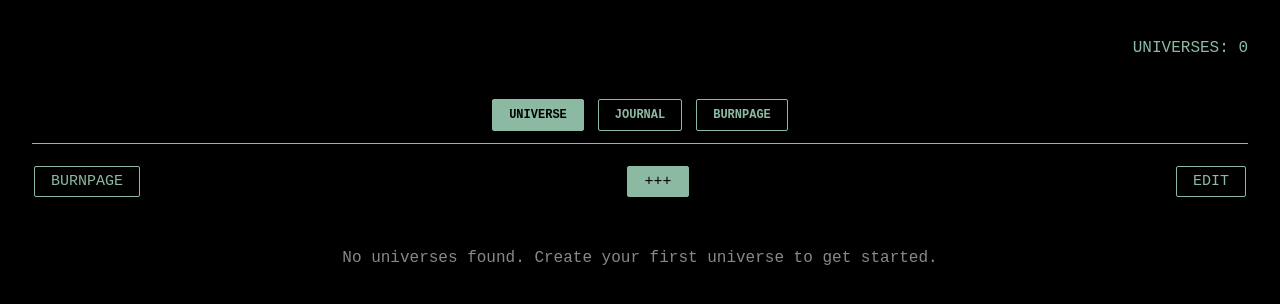
Repository: 11612x/burnlistv1.1
Page: /universes
These files come from the project's save history. The page is drawn as it stood at one moment and after the next save; the edit follows.
The browser window is 1280 px wide. The pictures show the whole page.
The project was rebuilt for these pictures with package versions that can differ from the ones it lists, and the page was loaded fresh each time. Also part of the build but not shown: vite.config.js, src/components/CustomTooltip.jsx, src/logic/portfolioUtils.js, src/components/WatchlistChart.jsx, src/data/randomNames.js, src/data/mockTickerGenerator.js, src/components/NotificationBanner.jsx, src/pages/HomePage.jsx and 21 more.

Above is the page before, as saved 2025-07-25 16:27:54.

### index.html
<!DOCTYPE html>
<html lang="en">
  <head>
    <meta charset="UTF-8" />
    <meta name="viewport" content="width=device-width, initial-scale=1.0, maximum-scale=1.0, user-scalable=no" />
    <meta name="apple-mobile-web-app-capable" content="yes" />
    <meta name="apple-mobile-web-app-status-bar-style" content="black-translucent" />
    <meta name="theme-color" content="#000000" />
    <meta name="mobile-web-app-capable" content="yes" />
    <title>Burnlist</title>
    <link rel="icon" type="image/x-icon" href="/favicon.ico" />
    <link rel="apple-touch-icon" href="/favicon.ico" />
  </head>
  <body>
    <div id="root"></div>
    <script type="module" src="/src/main.jsx"></script>
  </body>
</html>

### src/main.jsx
import React from 'react';
import ReactDOM from 'react-dom/client';
import App from './App';
import './index.css';
import MockWatchlistPage from './pages/MockWatchlistPage';

console.log("MAIN.JSX is running");


ReactDOM.createRoot(document.getElementById('root')).render(<App />);

### src/App.jsx
// React core and lifecycle
import React, { useState, useEffect } from "react";
// React Router for routing
import { BrowserRouter as Router, Routes, Route } from "react-router-dom";
// App pages
import Home from "@pages/HomePage";
import BurnPage from "@pages/burnPage";
import MockWatchlistPage from "@pages/MockWatchlistPage";
import UniverseScreenerPage from "@pages/UniverseScreenerPage";
import UniverseHomePage from "@pages/UniverseHomePage";
import TradeDashboard from './pages/TradeDashboard';
import TradeJournal from './pages/TradeJournal';
import AddStockPricePage from './pages/AddStockPricePage';
// Fetch manager for cleanup
import { fetchManager } from '@data/fetchManager';
import { ThemeProvider } from './ThemeContext';
import MobileNavigation from './components/MobileNavigation';


function App() {
  // Load watchlists from localStorage or default to empty object
  const [watchlists, setWatchlists] = useState(() => {
    try {
      const saved = localStorage.getItem("burnlist_watchlists");
      console.log("Loaded watchlists from localStorage:", saved);
      return saved ? JSON.parse(saved) : {};
    } catch {
      return {};
    }
  });

  // Persist watchlists to localStorage on changes
  useEffect(() => {
    console.log("Saving watchlists to localStorage:", watchlists);
    localStorage.setItem("burnlist_watchlists", JSON.stringify(watchlists));
  }, [watchlists]);

  // Cleanup fetch manager on app unmount
  useEffect(() => {
    return () => {
      fetchManager.cleanup();
    };
  }, []);

  return (
    <ThemeProvider>
      <Router>
        <Routes>
          <Route
            path="/"
            element={<Home watchlists={watchlists} setWatchlists={setWatchlists} />}
          />
          <Route
            path="/watchlist/:slug"
            element={<BurnPage watchlists={watchlists} setWatchlists={setWatchlists} />}
          />
          {/* Route for mock watchlist testing - remove when not needed */}
          <Route path="/mockwatchlist" element={<MockWatchlistPage />} />
          {/* Route for Universe Homepage */}
          <Route path="/universes" element={<UniverseHomePage />} />
          {/* Route for Universe Screener */}
          <Route path="/universe/:slug" element={<UniverseScreenerPage />} />
          <Route path="/trade" element={<TradeDashboard />} />
          <Route path="/journal" element={<TradeJournal />} />
          <Route path="/add-stock-price" element={<AddStockPricePage />} />
        </Routes>
        <MobileNavigation />
      </Router>
    </ThemeProvider>
  );
}

export default App;

### src/pages/UniverseHomePage.jsx
import React, { useEffect, useState, useRef, useMemo, useCallback } from 'react';
import { Link, useNavigate, useLocation } from 'react-router-dom';
import { v4 as uuidv4 } from 'uuid';
import NotificationBanner from '@components/NotificationBanner';
import CustomButton from '@components/CustomButton';
import { useTheme, useThemeColor } from '../ThemeContext';
import { formatDateEuropean } from '../utils/dateUtils';

const CRT_GREEN = 'rgb(140,185,162)';

const UniverseHomePage = () => {
  const navigate = useNavigate();
  const location = useLocation();
  const [universes, setUniverses] = useState({});
  const [notification, setNotification] = useState('');
  const [notificationType, setNotificationType] = useState('info');
  const [editMode, setEditMode] = useState(false);
  const [justClicked, setJustClicked] = useState(false);
  const [isLoading, setIsLoading] = useState(false);
  const [error, setError] = useState(null);

  const { isInverted } = useTheme();
  const green = useThemeColor(CRT_GREEN);
  const black = useThemeColor('black');
  const red = useThemeColor('#e31507');
  const gray = useThemeColor('#888');

  // Load universes from localStorage on mount
  useEffect(() => {
    try {
      const saved = localStorage.getItem("burnlist_universes");
      if (saved) {
        const parsed = JSON.parse(saved);
        setUniverses(parsed);
      }
    } catch (error) {
      console.error("Failed to load universes:", error);
    }
  }, []);

  // Save universes to localStorage when they change
  useEffect(() => {
    localStorage.setItem("burnlist_universes", JSON.stringify(universes));
  }, [universes]);

  const handleCreateUniverse = () => {
    setJustClicked(true);
    setTimeout(() => setJustClicked(false), 150);

    const currentDate = formatDateEuropean(new Date());

    const universeName = `Universe ${currentDate}`;
    const universeId = uuidv4();
    const universeSlug = universeName.toLowerCase().replace(/[^a-z0-9]/g, '-');

    // Check if name already exists (case-insensitive)
    const exists = Object.values(universes).some(u => u.name && u.name.toLowerCase() === universeName.toLowerCase());
    if (exists) {
      setNotification('⚠️ Universe name already exists');
      setNotificationType('error');
      return;
    }

    const newUniverse = {
      id: universeId,
      name: universeName,
      slug: universeSlug,
      items: [],
      reason: '',
      createdAt: new Date().toISOString(),
    };

    const updated = { ...universes, [universeId]: newUniverse };
    setUniverses(updated);
    localStorage.setItem('burnlist_universes', JSON.stringify(updated));
    setNotification('');
  };

  const handleDeleteUniverse = (id) => {
    const keyToDelete = Object.keys(universes).find(key => universes[key].id === id);

    if (!keyToDelete) {
      console.log('🗑️ Could not find universe with id:', id);
      return;
    }

    const { [keyToDelete]: deleted, ...remaining } = universes;
    setUniverses(remaining);
    localStorage.setItem("burnlist_universes", JSON.stringify(remaining));
    if (deleted) {
      console.log('🗑️ Deleted universe:', deleted.name);
    } else {
      console.log('🗑️ Deleted universe with id:', id);
    }
  };

  const handleUpdateUniverseName = useCallback((id, newName) => {
    // Prevent duplicate names (case-insensitive, except for current)
    const duplicate = Object.values(universes).some(u => u.id !== id && u.name && u.name.toLowerCase() === newName.toLowerCase());
    if (duplicate) {
      setNotification('⚠️ Name already exists');
      setNotificationType('error');
      return;
    }
    setUniverses((prev) => {
      const updated = { ...prev };
      if (updated[id]) {
        updated[id] = { ...updated[id], name: newName, slug: newName.toLowerCase().replace(/[^a-z0-9]/g, '-') };
      }
      localStorage.setItem('burnlist_universes', JSON.stringify(updated));
      return updated;
    });
  }, [setUniverses, universes]);

  const handleUpdateUniverseReason = useCallback((id, newReason) => {
    const updated = {
      ...universes,
      [id]: {
        ...universes[id],
        reason: newReason
      }
    };
    setUniverses(updated);
    localStorage.setItem('burnlist_universes', JSON.stringify(updated));
  }, [setUniverses, universes]);

  // Track editing state and previous name for each universe
  const [editingNames, setEditingNames] = useState({}); // { [id]: { value, prev } }

  // When entering edit mode, initialize editingNames
  useEffect(() => {
    if (editMode) {
      const initial = {};
      Object.values(universes).forEach(u => {
        initial[u.id] = { value: u.name, prev: u.name };
      });
      setEditingNames(initial);
    } else {
      setEditingNames({});
    }
  }, [editMode, universes]);

  // Handler for input change (just update local state)
  const handleEditNameInput = (id, value) => {
    setEditingNames(prev => ({ ...prev, [id]: { ...prev[id], value } }));
  };

  // Handler for blur or 'Done' (validate and commit)
  const commitEditName = (id) => {
    const newName = editingNames[id]?.value || '';
    // Prevent duplicate names (case-insensitive, except for current)
    const duplicate = Object.values(universes).some(u => u.id !== id && u.name && u.name.toLowerCase() === newName.toLowerCase());
    if (duplicate) {
      setNotification('⚠️ Name already exists');
      setNotificationType('error');
      // Revert to previous name
      setEditingNames(prev => ({ ...prev, [id]: { ...prev[id], value: prev[id].prev } }));
      return;
    }
    // Commit the name change
    setUniverses((prev) => {
      const updated = { ...prev };
      if (updated[id]) {
        updated[id] = { ...updated[id], name: newName, slug: newName.toLowerCase().replace(/[^a-z0-9]/g, '-') };
      }
      localStorage.setItem('burnlist_universes', JSON.stringify(updated));
      return updated;
    });
    setEditingNames(prev => ({ ...prev, [id]: { ...prev[id], prev: newName } }));
  };

  const sortedUniverses = useMemo(() => Object.values(universes), [universes]);

  return (
    <div style={{ fontFamily: 'Courier New', color: green, backgroundColor: black, minHeight: '100vh', padding: '0' }}>
      {/* Main Content */}
      <div style={{ padding: '32px' }}>
        <div style={{ display: 'flex', justifyContent: 'space-between', marginBottom: 24 }}>
          <div>
            <strong style={{ fontSize: '170%', color: black }}>UNIVERSE SCREENER</strong>
          </div>
          <div style={{ display: 'flex', alignItems: 'center', gap: 10 }}>
            <span style={{ color: green }}>UNIVERSES: {Object.keys(universes).length}</span>
          </div>
        </div>

        {/* Navigation Buttons */}
        <div style={{
          display: 'flex',
          justifyContent: 'center',
          alignItems: 'center',
          padding: '10px 20px',
          borderBottom: `1px solid ${CRT_GREEN}`,
          background: 'rgba(0,0,0,0.3)',
          gap: '10px',
          marginBottom: '20px'
        }}>
          <CustomButton
            onClick={() => navigate('/universes')}
            style={{
              background: location.pathname === '/universes' || location.pathname.startsWith('/universe/') ? CRT_GREEN : 'transparent',
              color: location.pathname === '/universes' || location.pathname.startsWith('/universe/') ? '#000000' : CRT_GREEN,
              border: `1px solid ${CRT_GREEN}`,
              padding: '8px 16px',
              fontFamily: "'Courier New', monospace",
              fontSize: '12px',
              fontWeight: 'bold',
              cursor: 'pointer',
              transition: 'all 0.2s ease',
              minWidth: '80px',
              textAlign: 'center'
            }}
          >
            UNIVERSE
          </CustomButton>

          <CustomButton
            onClick={() => navigate('/journal')}
            style={{
              background: location.pathname === '/journal' ? CRT_GREEN : 'transparent',
              color: location.pathname === '/journal' ? '#000000' : CRT_GREEN,
              border: `1px solid ${CRT_GREEN}`,
              padding: '8px 16px',
              fontFamily: "'Courier New', monospace",
              fontSize: '12px',
              fontWeight: 'bold',
              cursor: 'pointer',
              transition: 'all 0.2s ease',
              minWidth: '80px',
              textAlign: 'center'
            }}
          >
            JOURNAL
          </CustomButton>

          <CustomButton
            onClick={() => navigate('/')}
            style={{
              background: location.pathname === '/' || location.pathname.startsWith('/burn/') ? CRT_GREEN : 'transparent',
              color: location.pathname === '/' || location.pathname.startsWith('/burn/') ? '#000000' : CRT_GREEN,
              border: `1px solid ${CRT_GREEN}`,
              padding: '8px 16px',
              fontFamily: "'Courier New', monospace",
              fontSize: '12px',
              fontWeight: 'bold',
              cursor: 'pointer',
              transition: 'all 0.2s ease',
              minWidth: '80px',
              textAlign: 'center'
            }}
          >
            BURNPAGE
          </CustomButton>
        </div>

      <div style={{ display: 'flex', justifyContent: 'space-between', alignItems: 'center', marginBottom: 16 }}>
        <style>
          {`
            .clicked-button {
              background-color: ${black} !important;
              color: ${green} !important;
            }
          `}
        </style>
        <Link to="/" style={{ textDecoration: 'none' }}>
          <CustomButton
            style={{
              backgroundColor: black,
              color: green,
              border: `1px solid ${green}`
            }}
          >
            BURNPAGE
          </CustomButton>
        </Link>
        <CustomButton
          onClick={handleCreateUniverse}
          className={justClicked ? 'clicked-button' : ''}
          style={{
            backgroundColor: green,
            color: black,
            transition: 'all 0.2s ease-in-out'
          }}
        >
          +++
        </CustomButton>

        <CustomButton
          onClick={() => {
            setEditMode(!editMode);
            console.log('🛠️ Edit mode:', !editMode);
          }}
          style={{
            backgroundColor: editMode ? green : black,
            color: editMode ? black : green,
          }}
        >
          {editMode ? 'DONE' : 'EDIT'}
        </CustomButton>
      </div>

      {/* Centralized Notification Banner */}
      {notification && (
        <div style={{ position: 'fixed', top: 24, left: 0, right: 0, zIndex: 10001, display: 'flex', justifyContent: 'center', pointerEvents: 'none' }}>
          <div style={{ minWidth: 320, maxWidth: 480, pointerEvents: 'auto' }}>
            <NotificationBanner
              message={notification}
              type={notificationType}
              onClose={() => setNotification('')}
            />
          </div>
        </div>
      )}

      {/* Loading and error banners */}
      {isLoading && (
        <NotificationBanner
          message="Loading universes..."
          type="loading"
        />
      )}
      {error && (
        <NotificationBanner
          message={error}
          type="error"
          onClose={() => setError(null)}
        />
      )}

      {Object.keys(universes).length === 0 && (
        <p style={{ textAlign: 'center', color: gray, marginTop: '50px' }}>
          No universes found. Create your first universe to get started.
        </p>
      )}

      <div style={{
        display: 'grid',
        gridTemplateColumns: 'repeat(5, 252px)',
        rowGap: '20px',
        columnGap: '20px',
        margin: '70px 0 1px 0',
        justifyContent: 'center',
        alignItems: 'start',
      }}>
        {sortedUniverses.map((universe, idx) => {
          const tickers = universe.items || [];
                     const cardContent = (
             <div style={{
               width: 252,
               height: editMode ? 250 : 120,
               fontFamily: 'Courier New',
               background: 'transparent',
               padding: '10px 8px',
               margin: 0,
               border: `1px solid ${green}`,
               borderRadius: 0,
               boxShadow: 'none',
               display: 'flex',
               flexDirection: 'column',
               alignItems: 'stretch',
               justifyContent: 'flex-start',
               position: 'relative',
               boxSizing: 'border-box',
               overflow: 'hidden',
             }}>
              {/* Name (editable) */}
              {editMode ? (
                <input
                  value={editingNames[universe.id]?.value ?? universe.name}
                  onChange={e => handleEditNameInput(universe.id, e.target.value)}
                  onBlur={() => commitEditName(universe.id)}
                  onKeyDown={e => {
                    if (e.key === 'Enter') {
                      e.preventDefault();
                      commitEditName(universe.id);
                    }
                  }}
                  style={{
                    fontFamily: 'Courier New',
                    fontSize: 18,
                    color: green,
                    background: black,
                    border: `1px solid ${gray}`,
                    marginBottom: 4,
                    padding: '2px 4px',
                    width: '100%',
                    fontWeight: 'bold',
                    overflow: 'hidden',
                    textOverflow: 'ellipsis',
                    whiteSpace: 'nowrap',
                  }}
                />
              ) : (
                <div style={{ fontSize: 18, color: green, fontWeight: 'bold', marginBottom: 4, overflow: 'hidden', textOverflow: 'ellipsis', whiteSpace: 'nowrap' }}>
                  {universe.name || `UNIVERSE ${idx + 1}`}
                </div>
              )}
              {/* Delete button (only in edit mode) */}
              {editMode && (
                <CustomButton
                  onClick={() => handleDeleteUniverse(universe.id)}
                  style={{
                    backgroundColor: black,
                    color: red,
                    border: `1px solid ${red}`,
                    padding: '2px 6px',
                    marginBottom: 4,
                    fontSize: 10,
                    width: '100%',
                    fontWeight: 'bold'
                  }}
                >
                  DELETE
                </CustomButton>
              )}
              {/* Reason (editable) */}
              {editMode ? (
                <input
                  value={universe.reason || ''}
                  onChange={e => handleUpdateUniverseReason(universe.id, e.target.value)}
                  style={{
                    fontFamily: 'Courier New',
                    fontSize: 14,
                    color: green,
                    background: black,
                    border: `1px solid ${gray}`,
                    marginBottom: 4,
                    padding: '2px 4px',
                    width: '100%',
                    overflow: 'hidden',
                    textOverflow: 'ellipsis',
                    whiteSpace: 'nowrap',
                  }}
                  placeholder="Reason..."
                />
              ) : (
                <div style={{ fontSize: 14, color: green, marginBottom: 4, overflow: 'hidden', textOverflow: 'ellipsis', whiteSpace: 'nowrap' }}>
                  {universe.reason || 'N/A'}
                </div>
              )}
              {/* Universe info */}
              <div style={{ fontSize: 13, color: green, marginBottom: 2 }}>
                {tickers.length} tickers
              </div>
              {/* Created date */}
              <div style={{ fontSize: 11, color: gray, marginBottom: 2 }}>
                {formatDateEuropean(universe.createdAt)}
              </div>
                             {/* Status */}
               <div style={{ fontSize: 19, color: green, fontWeight: 'bold', marginBottom: 2 }}>
                 {tickers.length > 0 ? 'ACTIVE' : 'EMPTY'}
               </div>
            </div>
          );
          return (
            <div key={universe.id} style={{ margin: 0 }}>
              {editMode ? cardContent : (
                <Link to={`/universe/${universe.slug}`} style={{ textDecoration: 'none', color: 'inherit' }}>
                  {cardContent}
                </Link>
              )}
            </div>
          );
        })}
      </div>
      </div>
    </div>
  );
};

export default UniverseHomePage;

### src/ThemeContext.jsx
import React, { createContext, useContext, useState } from 'react';

const ThemeContext = createContext();

const CRT_GREEN = 'rgb(140,185,162)';
const CRT_GREEN_HEX = '#8CB9A2';
const RED = '#e31507';
const BLACK = '#000';
const BLACK2 = '#000000';

function mapColor(color, isInverted) {
  if (!isInverted) return color;
  // Normalize color string
  const c = color.trim().toLowerCase();
  // All black to CRT green
  if (c === BLACK || c === BLACK2 || c === 'black' || c.startsWith('rgb(0,0,0)')) return CRT_GREEN;
  // All CRT green to black
  if (c === CRT_GREEN || c === CRT_GREEN_HEX || c.startsWith('rgb(140,185,162)')) return BLACK;
  // All red stays red
  if (c === RED) return RED;
  // All other accents (gray, orange, white, etc.) go black
  return BLACK;
}

export function ThemeProvider({ children }) {
  const [isInverted, setIsInverted] = useState(false);
  const toggleTheme = () => setIsInverted((prev) => !prev);
  return (
    <ThemeContext.Provider value={{ isInverted, toggleTheme }}>
      {children}
    </ThemeContext.Provider>
  );
}

export function useTheme() {
  return useContext(ThemeContext);
}

export function useThemeColor(color) {
  const { isInverted } = useTheme();
  return mapColor(color, isInverted);
}

### src/components/MobileNavigation.jsx
import React from 'react';
import { Link, useLocation } from 'react-router-dom';
import CustomButton from './CustomButton';
import { useThemeColor } from '../ThemeContext';

const CRT_GREEN = 'rgb(140,185,162)';

const MobileNavigation = () => {
  const location = useLocation();
  const green = useThemeColor(CRT_GREEN);
  const black = useThemeColor('black');

  const navItems = [
    { path: '/universes', label: 'UNIVERSE' },
    { path: '/journal', label: 'DASHBOARD' },
    { path: '/', label: 'GRAPH VIEW' },
  ];

  return (
    <>
      <style>
        {`
          .mobile-nav {
            position: fixed;
            bottom: 0;
            left: 0;
            right: 0;
            background: ${black};
            border-top: 1px solid ${green};
            padding: 12px 16px;
            z-index: 1000;
            display: flex;
            justify-content: space-around;
            align-items: center;
            gap: 8px;
          }

          @media (min-width: 769px) {
            .mobile-nav {
              display: none !important;
            }
          }

          .mobile-nav-button {
            background: ${black};
            color: ${green};
            border: 1px solid ${green};
            padding: 8px 12px;
            font-family: 'Courier New', monospace;
            font-size: 12px;
            font-weight: bold;
            text-decoration: none;
            text-align: center;
            min-height: 44px;
            display: flex;
            align-items: center;
            justify-content: center;
            flex: 1;
            transition: all 0.2s ease;
            text-transform: uppercase;
            letter-spacing: 0.5px;
          }

          .mobile-nav-button:active {
            background: ${green};
            color: ${black};
          }

          @media (max-width: 480px) {
            .mobile-nav {
              padding: 8px 12px;
              gap: 6px;
            }
            .mobile-nav-button {
              font-size: 10px;
              padding: 6px 8px;
              letter-spacing: 0.3px;
            }
          }
        `}
      </style>
      <div className="mobile-nav">
        {navItems.map((item) => {
          const isActive = location.pathname === item.path;
          return (
            <Link
              key={item.path}
              to={item.path}
              className="mobile-nav-button"
              style={{
                backgroundColor: isActive ? green : black,
                color: isActive ? black : green,
              }}
            >
              {item.label}
            </Link>
          );
        })}
      </div>
    </>
  );
};

export default MobileNavigation;

### src/components/CustomButton.jsx
import React from 'react';
import { useThemeColor } from '../ThemeContext';

const CustomButton = ({ children, onClick, type = 'button', style = {}, disabled = false, mobile = false, ...props }) => {
  const bg = useThemeColor(disabled ? '#444' : '#000');
  const fg = useThemeColor('#8CB9A2');
  const border = useThemeColor('#8CB9A2');

  // Mobile-specific styles
  const mobileStyles = mobile ? {
    minHeight: '44px',
    fontSize: '16px',
    padding: '12px 16px',
    borderRadius: '0',
    transition: 'all 0.2s ease',
    ':active': {
      backgroundColor: fg,
      color: bg,
    }
  } : {};

  return (
    <button
      type={type}
      onClick={onClick}
      disabled={disabled}
      style={{
        backgroundColor: bg,
        color: fg,
        border: `1px solid ${border}`,
        padding: mobile ? '12px 16px' : '6px 16px',
        fontFamily: 'Courier New',
        fontSize: mobile ? '16px' : '15px',
        cursor: disabled ? 'not-allowed' : 'pointer',
        opacity: disabled ? 0.6 : 1,
        borderRadius: mobile ? 0 : 2,
        margin: mobile ? '4px' : '2px',
        minHeight: mobile ? '44px' : 'auto',
        transition: 'all 0.2s ease',
        ...mobileStyles,
        ...style,
      }}
      {...props}
    >
      {children}
    </button>
  );
};

export default CustomButton;

Loaded but not shown: src/data/fetchManager.js (396 lines, source omitted); src/data/finvizAdapter.js (102 lines, source omitted); src/data/normalizeTicker.js (67 lines, source omitted); src/utils/dateUtils.js (26 lines, source omitted); src/index.css (457 lines, source omitted)

After the next save:
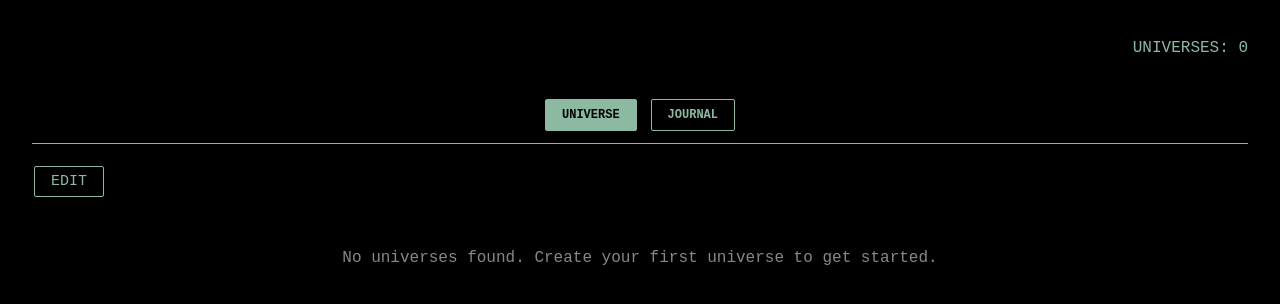
Saved 43 s later.
--- a/src/pages/UniverseHomePage.jsx
+++ b/src/pages/UniverseHomePage.jsx
@@ -232,25 +232,6 @@ const UniverseHomePage = () => {
           >
             JOURNAL
           </CustomButton>
-
-          <CustomButton
-            onClick={() => navigate('/')}
-            style={{
-              background: location.pathname === '/' || location.pathname.startsWith('/burn/') ? CRT_GREEN : 'transparent',
-              color: location.pathname === '/' || location.pathname.startsWith('/burn/') ? '#000000' : CRT_GREEN,
-              border: `1px solid ${CRT_GREEN}`,
-              padding: '8px 16px',
-              fontFamily: "'Courier New', monospace",
-              fontSize: '12px',
-              fontWeight: 'bold',
-              cursor: 'pointer',
-              transition: 'all 0.2s ease',
-              minWidth: '80px',
-              textAlign: 'center'
-            }}
-          >
-            BURNPAGE
-          </CustomButton>
         </div>
 
       <div style={{ display: 'flex', justifyContent: 'space-between', alignItems: 'center', marginBottom: 16 }}>
@@ -262,29 +243,6 @@ const UniverseHomePage = () => {
             }
           `}
         </style>
-        <Link to="/" style={{ textDecoration: 'none' }}>
-          <CustomButton
-            style={{
-              backgroundColor: black,
-              color: green,
-              border: `1px solid ${green}`
-            }}
-          >
-            BURNPAGE
-          </CustomButton>
-        </Link>
-        <CustomButton
-          onClick={handleCreateUniverse}
-          className={justClicked ? 'clicked-button' : ''}
-          style={{
-            backgroundColor: green,
-            color: black,
-            transition: 'all 0.2s ease-in-out'
-          }}
-        >
-          +++
-        </CustomButton>
-
         <CustomButton
           onClick={() => {
             setEditMode(!editMode);
